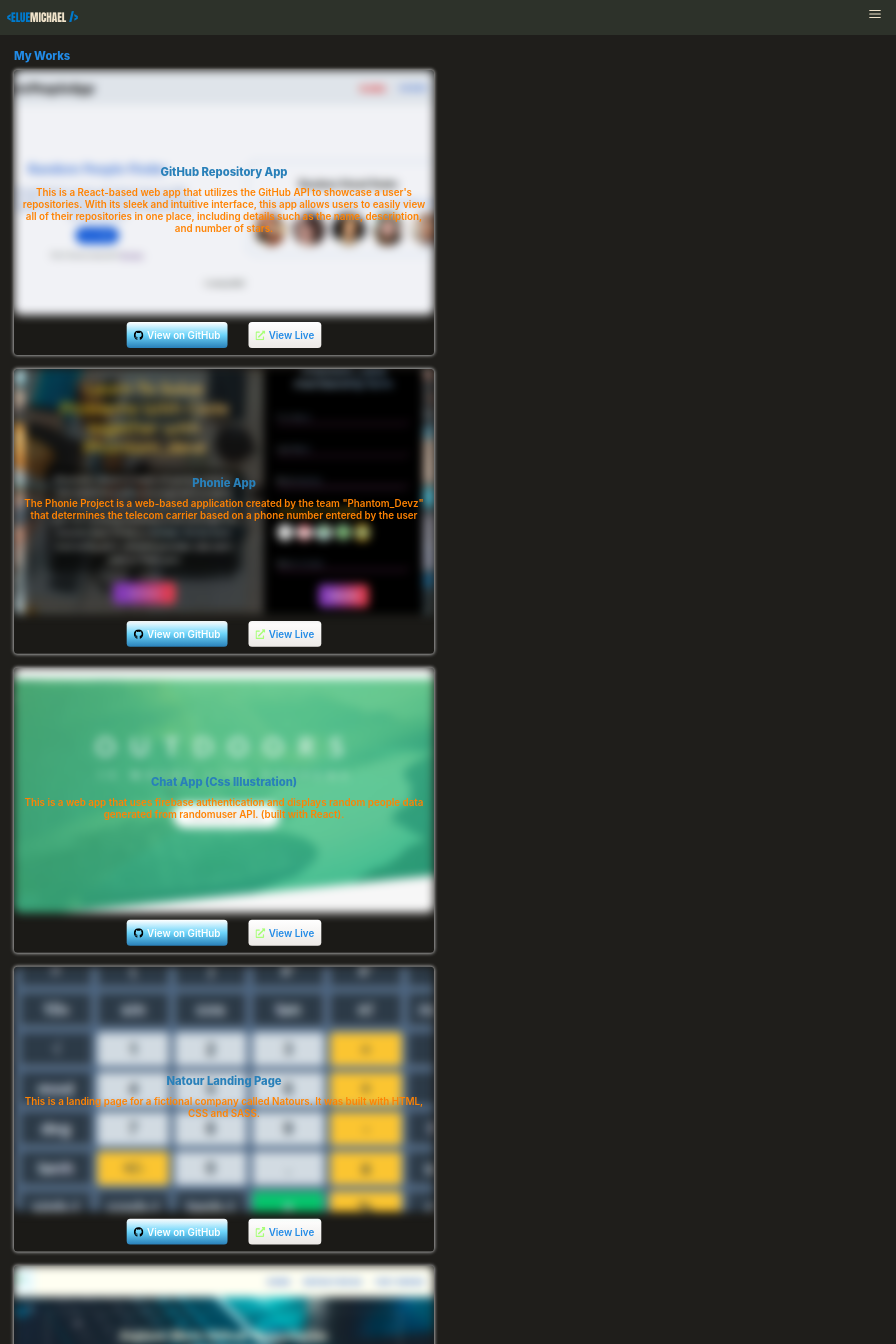
Repository: MikkyPrestige/portfolio
Page: /projects
The author's editor kept a copy of each file at every save. The page is drawn from the files as they stood at one save, then again after the next save.
The browser window is 1280 px wide. The pictures show the part of the page from y = 0 to 1920 px (the page is 5651 px tall), at 70% of full size.
The project was rebuilt for these pictures with package versions that can differ from the ones it lists, and the page was loaded fresh each time. Also part of the build but not shown: src/components/avatar.jsx, src/components/home.jsx, src/components/about.jsx, src/components/fallback.jsx.

Above is the page before, as saved 2023-02-21 19:37:03.

### public/index.html
<!DOCTYPE html>
<html lang="en">
  <head>
    <meta charset="utf-8" />
    <link rel="icon" href="%PUBLIC_URL%/favicon.ico" />
    <meta name="viewport" content="width=device-width, initial-scale=1" />
    <meta name="theme-color" content="#000000" />
    <meta
      name="description"
      content="Web site created using create-react-app"
    />
    <link rel="apple-touch-icon" href="%PUBLIC_URL%/logo192.png" />
    <!--
      manifest.json provides metadata used when your web app is installed on a
      user's mobile device or desktop. See https://developers.google.com/web/fundamentals/web-app-manifest/
    -->
    <link rel="manifest" href="%PUBLIC_URL%/manifest.json" />
    <!--
      Notice the use of %PUBLIC_URL% in the tags above.
      It will be replaced with the URL of the `public` folder during the build.
      Only files inside the `public` folder can be referenced from the HTML.

      Unlike "/favicon.ico" or "favicon.ico", "%PUBLIC_URL%/favicon.ico" will
      work correctly both with client-side routing and a non-root public URL.
      Learn how to configure a non-root public URL by running `npm run build`.
    -->
    <title>Elue Michael Portfolio</title>
  </head>
  <body>
    <noscript>You need to enable JavaScript to run this app.</noscript>
    <div id="root"></div>
    <!--
      This HTML file is a template.
      If you open it directly in the browser, you will see an empty page.

      You can add webfonts, meta tags, or analytics to this file.
      The build step will place the bundled scripts into the <body> tag.

      To begin the development, run `npm start` or `yarn start`.
      To create a production bundle, use `npm run build` or `yarn build`.
    -->
  </body>
</html>

### src/assets/styles/sass/main.scss
@import 'abstracts/variables';
@import 'base/utilities';
@import 'base/base';
@import 'layouts/header';
@import 'pages/home';
@import 'pages/about';
@import 'pages/projects';
@import 'base/animation';

// @media (prefers-reduced-motion: no-preference) {
//   .App-logo {
//     animation: App-logo-spin infinite 20s linear;
//   }
// }

// @keyframes App-logo-spin {
//   from {
//     transform: rotate(0deg);
//   }
//   to {
//     transform: rotate(360deg);
//   }
// }

### src/components/layout.jsx
import React from "react";
import { MdClose } from "react-icons/md";
import { FiMenu } from "react-icons/fi";
import { useState } from "react";
import { NavLink } from "react-router-dom";

const Layout = () => {
  return (
    <div>
      <LayoutSmall />
      <LayoutLarge />
    </div>
  );
};

const CustomNavLink = ({ to, ...props }) => {
  let activeStyle = {
    color: "var(--color--green)",
    textDecoration: "underline",
  };

  return (
    <NavLink
      to={to}
      style={({ isActive }) =>
        isActive ? activeStyle : { textDecoration: "none" }
      }
      {...props}
    />
  );
};

const LayoutSmall = () => {
  const [showMenu, setShowMenu] = useState(false);

  const toggleMenu = () => {
    setShowMenu(!showMenu);
  };

  const closeMenu = () => {
    setShowMenu(false);
  };

  return (
    <div className="layout layout--small">
      <header className="layout--header">
        <div className="layout--header__title">
          <h1 className="layout--header__title__content">
            <span className="layout--header__title__content__span">{"<"}</span>
            <span className="layout--header__title__content__span--2">
              ELUE
            </span>
            MICHAEL{" "}
            <span className="layout--header__title__content__span">{"/>"}</span>
          </h1>
        </div>
        <nav className="layout--menu">
          <button className="layout--menu__button" onClick={toggleMenu}>
            {showMenu ? <MdClose /> : <FiMenu />}
          </button>
          <div className={`layout--menu__content ${showMenu ? "show" : ""}`}>
            <ul className="layout--menu__content__list">
              <li>
                <CustomNavLink
                  to="/"
                  onClick={closeMenu}
                  className="layout--menu__content__list__item"
                >
                  <span>#</span>Home
                </CustomNavLink>
              </li>
              <li>
                <CustomNavLink
                  to="/about"
                  onClick={closeMenu}
                  className="layout--menu__content__list__item"
                >
                  <span>#</span>About me
                </CustomNavLink>
              </li>
              <li>
                <CustomNavLink
                  to="/projects"
                  onClick={closeMenu}
                  className="layout--menu__content__list__item"
                >
                  <span>#</span>Projects
                </CustomNavLink>
              </li>
              <li>
                <CustomNavLink
                  to="/contact"
                  onClick={closeMenu}
                  className="layout--menu__content__list__item"
                >
                  <span>#</span>Contact
                </CustomNavLink>
              </li>
            </ul>
          </div>
        </nav>
      </header>
    </div>
  );
};

const LayoutLarge = () => {
  return (
    <div className="layout layout--large">
      <header className="layout--header">
        <div className="layout--title">
          <h1 className="layout--title__content">
            <span className="layout--title__content__span">{"<"}</span>
            <span className="layout--header__title__content__span--2">
              ELUE
            </span>
            MICHAEL<span className="layout--title__content__span">{"/>"}</span>
          </h1>
        </div>
        <div className="layout--menu">
          <ul className="layout--menu__list">
            <li className="layout--menu__list__item">
              <CustomNavLink to="/">Home</CustomNavLink>
            </li>
            <li className="layout--menu__list__item">
              <CustomNavLink to="/about">About me</CustomNavLink>
            </li>
            <li className="layout--menu__list__item">
              <CustomNavLink to="/projects">Projects</CustomNavLink>
            </li>
            <li className="layout--menu__list__item">
              <CustomNavLink to="/contact">Contact</CustomNavLink>
            </li>
          </ul>
        </div>
      </header>
    </div>
  );
};

export { Layout, LayoutSmall, LayoutLarge };

### src/assets/styles/sass/abstracts/_variables.scss
:root {
  --color-primary: #cc4600;
  --color-secondary: #bb45cb;
  --color-tertiary: #eefff8;

  // MARK UP
  --color--markup: #FF8303;
  // TEXT
  --color--text: #F0E3CA;

  // BACKGROUND
  --color--bg: #2D322A;
  --color--bg-light: #242320;
  --color--bg-dark: #1B1A17;
  --color--bg-dark-2: #1F1E1B;
  //DARK
  --color--dark: rgba(22, 22, 22, 1);
  --color--dark-1: rgba(34, 34, 34, 1);
  --color--dark-2: rgba(45, 45, 45, 1);
  --color--dark-3: rgba(51, 51, 51, 1);
  --color--dark-4: rgba(189, 189, 189, 1);
  //WHITE
  --color--white: rgba(255, 255, 255, 1);
  --color--white-1: rgba(240, 227, 202, 1);
  --color--white-2: #ece9e6;
  --color--white-op: rgba(240, 227, 202, 0.76);

  // GRAY
  --color--gray: #ABB2BF;

  --light-blue: rgba(97, 218, 251, 1);
  --light-blue--1: #3bc9db;
  --light-blue--2: #6dd5fa;
  --dark-blue: rgba(0, 122, 204, 1);
  --dark-blue--1: #2980b9;
  --blue-cyan: #228be6;
  --dark-blue-op: rgba(6, 6, 7, 0.82);

  --color--green: rgba(131, 205, 41, 1);

  //Font size
  --font-size: 1rem;
  --font-size--small: 1.2rem;
  --font-size--medium: 1.4rem;
  --font-size--large: 1.6rem;
  --font-size--x-large: 1.8rem;
  --font-size--xx-large: 2rem;
  // ICON FONTS
  --font-size--icon: 3rem;
  --font-size--icon-1: 3.5rem;
  --font-size--icon-2: 4rem;


  //Font family
  --font-family: 'Roboto', sans-serif;
  --font--family--primary: 'Inter', sans-serif;
  --font-family--secondary: 'Inconsolata', monospace;
  --font-family--tertiary: 'Impact', sans-serif;
  --font-family--2: 'Fira Code', monospace;

  // FONT WEIGHT
  --font-weight--light: 300;
  --font-weight--regular: 400;
  --font-weight--medium: 600;
  --font-weight--bold: 800;
  --font-weight--boldest: 900;
}

### src/assets/styles/sass/base/_utilities.scss
.github-link-bg {
  background: linear-gradient(to top, var(--dark-blue--1), var(--light-blue--2), var(--color--white));
}

.live-link-bg {
  background: linear-gradient(to top, var(--color--white-2), var(--color--white));
}

.blue-markup {
  color: var(--blue-cyan) !important;
}

### src/assets/styles/sass/base/_base.scss
*,
*::after,
*::before {
  margin: 0;
  padding: 0;
  box-sizing: border-box;
}

html {
  font-size: 62.5%;
  font-family: var(--font-family);
  color: var(--color-white);
  background-color: var(--color--bg);
}

::selection {
  background-color: var(--color-primary);
  color: var(--color-white);
}

### src/assets/styles/sass/layouts/_header.scss
.layout {
  width: 100%;
  height: 5rem;

  &--header {
    display: flex;
    justify-content: space-between;
    align-items: center;
    padding: 1rem;

    &__title {
      text-align: center;

      &__content {
        color: var(--color--text);
        font-family: var(--font-family--tertiary);
        font-size: var(--font-size--large);
        font-weight: var(--font-weight--regular);
        position: absolute;
        z-index: 1000;

        &__span {
          color: var(--dark-blue);
          font-size: var(--font-size--x-large);

          &--2 {
            color: var(--dark-blue);
          }
        }
      }
    }
  }

  &--menu {
    position: relative;

    &__button {
      position: fixed;
      top: 1rem;
      right: 2rem;
      z-index: 10;
      background-color: var(--color--bg);
      color: var(--color--text);
      border: none;
      font-size: var(--font-size--xx-large);
      font-weight: var(--font-weight--bold);
      cursor: pointer;
    }

    &__content {
      position: fixed;
      top: 0;
      right: 0;
      width: 0;
      max-width: 100%;
      height: 85%;
      background-color: var(--color--bg-dark);
      z-index: 5;
      overflow: hidden;

      &.show {
        width: 100%;
        transition: all 1s ease-in-out;
        -webkit-transition: all 1s ease-in-out;
        -moz-transition: all 1s ease-in-out;
        -ms-transition: all 1s ease-in-out;
        -o-transition: all 1s ease-in-out;
      }

      &__list {
        list-style: none;
        display: flex;
        flex-direction: column;
        justify-content: center;
        align-items: center;
        gap: 5rem;
        padding: 0;
        margin-top: 8rem;

        &__item {
          color: var(--dark-blue);
          font-family: var(--font-family--secondary);
          font-size: var(--font-size--large);
          font-weight: var(--font-weight--bold);
          font-style: normal;
          text-transform: capitalize;
          cursor: pointer;
          transition: all 1s ease-in-out;
          -webkit-transition: all 1s ease-in-out;
          -moz-transition: all 1s ease-in-out;
          -ms-transition: all 1s ease-in-out;
          -o-transition: all 1s ease-in-out;

          &:hover,
          &:active {
            color: var(--color--text);
          }

          span {
            color: var(--color--white-1);
          }
        }
      }
    }
  }


  &--large {
    display: none;
  }
}

### src/assets/styles/sass/pages/home.scss
.home {
  width: 100%;
  height: 100vh;
  background: radial-gradient(100% 100% at 50% 100%, var(--color--bg-dark-2) 21.52%, var(--color--bg-dark) 100%);

  &--contents {
    display: flex;
    flex-direction: column;
    justify-content: center;
    align-items: center;
    padding: 3rem 5rem;
    gap: 3rem;
  }

  &--content {
    display: flex;
    flex-direction: column;
    align-items: flex-start;
    padding: 0;
    gap: .5rem;

    &__title {
      font-family: var(--font-family--secondary);
      font-size: var(--font-size--x-large);
      font-weight: var(--font-weight--boldest);
      color: var(--dark-blue);
    }

    &__subtitle {
      font-family: var(--font-family--secondary);
      font-size: var(--font-size--large);
      font-weight: var(--font-weight--bold);
      color: var(--color--text);
    }

    &__desc {
      font-family: var(--font-family--secondary);
      font-size: var(--font-size--small);
      font-weight: var(--font-weight--regular);
      color: var(--color--white-1);
    }
  }

  &--avatar {
    border-radius: 5%;
    -webkit-border-radius: 5%;
    -moz-border-radius: 5%;
    -ms-border-radius: 5%;
    -o-border-radius: 5%;
    background-image: radial-gradient(circle, var(--blue-cyan) 5%, var(--light-blue--1) 95%);
  }
}

### src/assets/styles/sass/pages/_about.scss
.about {
  width: 100%;
  height: 100%;
  background-color: var(--color--bg-dark-2);
  color: var(--color--gray);

  &--wrapper {
    display: flex;
    flex-direction: column;
    justify-content: center;
    align-items: center;
    gap: 1rem;
  }

  &--desc {
    padding: 5rem;
    display: flex;
    flex-direction: column;
    justify-content: center;
    align-items: center;
    gap: 5rem;
  }

  &--img {
    position: relative;

    &__content1 {
      width: 3rem;
      height: 3rem;
      position: absolute;
      top: 0;
      left: 0;
      background: var(--dark-blue);
      transform: rotate(51.88deg);
    }

    &__content2 {
      width: 3rem;
      height: 3rem;
      position: absolute;
      top: 0;
      left: 0;
      background: var(--color--white-op);
    }
  }

  &--content {
    display: flex;
    flex-direction: column;
    justify-content: center;
    align-items: flex-start;
    gap: 2rem;
    font-family: var(--font-family--2);

    &__title {
      line-height: 2;

      &__head {
        font-size: var(--font-size--x-large);
        font-weight: var(--font-weight--medium);
      }

      &__span {
        color: var(--dark-blue);
      }

      &__subhead {
        font-size: var(--font-size--medium);
        font-weight: var(--font-weight--regular);
      }
    }

    &__text {
      padding-left: 3rem;
      line-height: 1.5;
      color: var(--color--text);

      &__head {
        font-size: var(--font-size--large);
        font-weight: var(--font-weight--regular);

        &__name {
          color: var(--blue-cyan);
          font-weight: var(--font-weight--medium);
        }
      }

      &__desc {
        font-size: var(--font-size--small);
        font-weight: var(--font-weight--regular);
      }
    }
  }

  &--skills {
    display: flex;
    flex-direction: column;
    justify-content: center;
    align-items: center;
    gap: 2rem;

    &__title__head {
      font-size: var(--font__title -size--x-large);
      font-weight: var(--font-weight--medium);
      color: var(--dark-blue);
      text-transform: capitalize;
    }

    &__icon {
      font-size: var(--font-size--medium);
      color: var(--color--white-1);
    }

    &__content {
      display: flex;
      flex-direction: column;
      align-items: flex-start;
      gap: 2rem;
      padding: 0;
      width: 100%;

      &__items {
        display: grid;
        grid-template-columns: repeat(2, 1fr);
        gap: 2rem 5rem;
        width: 100%;
        padding: 1rem 3rem;
        border-radius: 1rem;
        background-color: var(--color--bg-dark);

        &__card {
          display: flex;
          flex-direction: column;
          justify-content: center;
          align-items: center;
          padding: 1rem;
          width: 10rem;
          border-radius: 1rem;
          -webkit-border-radius: 1rem;
          -moz-border-radius: 1rem;
          -ms-border-radius: 1rem;
          -o-border-radius: 1rem;

          &__icon {
            font-size: var(--font-size--icon-2);
          }

          &__text {
            font-family: var(--font-family--secondary);
            font-size: var(--font-size--medium);
            font-weight: var(--font-weight--medium);
            color: var(--color--white-1);
          }
        }
      }
    }
  }
}

### src/assets/styles/sass/pages/_projects.scss
.project {
  padding: 2rem;
  background-color: var(--color--bg-dark-2);

  &--title {
    font-family: var(--font--family--secondary);
    font-size: var(--font-size--large);
    font-weight: var(--font-weight--bold);
    color: var(--blue-cyan);
    margin-bottom: 1rem;
  }

  &--wrapper {
    display: grid;
    grid-template-columns: repeat(1, 1fr);
    gap: 2rem;
    width: 100%;
  }

  &--card {
    background-color: var(--color--bg-dark);
    // margin: auto;
    padding: 1rem;
    border-radius: 0.5rem;
    box-shadow: 0 0 0.5rem 0.1rem var(--color--dark-4);
    transition: all 0.3s ease-in-out;
    position: relative;
    display: flex;
    flex-direction: column;
    justify-content: center;
    align-items: center;
    // height: 100%;
    max-width: 60rem;
    overflow-y: hidden;

    &:hover {
      transform: translateY(-0.5rem);
      box-shadow: 0 0 0.5rem 0.1rem var(--color--dark-4);
    }

    &__blur {
      position: absolute;
      top: 0;
      left: 0;
      width: 100%;
      height: 35rem;
      border-radius: 1rem;
      background-size: cover;
      background-position: center;
      background-repeat: no-repeat;
      filter: blur(0.7rem);
      //z-index: 1;

      &-1 {
        background-image: url(../../../images/randomApp.jpeg);
      }

      &-2 {
        background-image: url(../../../images/phonieApp.jpeg);
      }

      &-3 {
        background-image: url(../../../images/natours.jpeg);
      }

      &-4 {
        background-image: url(../../../images/calculator.jpeg);
      }

      &-5 {
        background-image: url(../../../images/repoApp.jpeg);
      }

      &-6 {
        background-image: url(../../../images/fylo.jpeg);
      }

      &-7 {
        background-image: url(../../../images/orderCard.jpeg);
      }

      &-8 {
        background-image: url(../../../images/phonyApp.jpeg);
      }

      &-9 {
        background-image: url(../../../images/ratingApp.jpeg);
      }

      &-10 {
        background-image: url(../../../images/chatAppCss.jpeg);
      }

      &-11 {
        background-image: url(../../../images/trillo.jpeg);
      }

      &-12 {
        background-image: url(../../../images/statsCard.jpeg);
      }

      &-13 {
        background-image: url(../../../images/phonyApp.jpeg);
      }

      &-14 {
        background-image: url(../../../images/shoebrand.jpeg);
      }
    }

    &__content {
      height: 35rem;
      width: 100%;
      display: flex;
      flex-direction: column;
      justify-content: center;
      align-items: center;
      gap: 1rem;
      position: relative;
      top: 0;
      left: 0;

      &__title {
        font-family: var(--font--family--secondary);
        font-size: var(--font-size--large);
        font-weight: var(--font-weight--bold);
        color: var(--dark-blue--1);
      }

      &__desc {
        font-family: var(--font--family--secondary);
        font-size: var(--font-size--medium);
        font-weight: var(--font-weight--medium);
        color: var(--color--markup);
        text-align: center;
      }
    }

    &__links {
      display: flex;
      align-items: center;
      gap: 3rem;

      &__link {
        text-decoration: none;
        padding: 1rem;
        border-radius: 0.5rem;
        font-family: var(--font--family--secondary);
        font-size: var(--font-size--medium);
        font-weight: var(--font-weight--medium);
        color: var(--color--white);
        transition: all 0.3s ease-in-out;
        display: inline-flex;
        align-items: center;
        gap: .5rem;

        &:hover,
        &:focus {
          outline: none;
          animation: Heartbeat 1s infinite;
          -webkit-animation: Heartbeat 1s infinite;
}
      }
    }
  }
}

### src/assets/styles/sass/base/_animation.scss
//  INFINITE HEARTBEAT PAUSE ANIMATION

@keyframes Heartbeat {
  0% {
    transform: scale(1);
    -webkit-transform: scale(1);
    -moz-transform: scale(1);
    -ms-transform: scale(1);
    -o-transform: scale(1);
  }

  50% {
    transform: scale(1.05);
    -webkit-transform: scale(1.05);
    -moz-transform: scale(1.05);
    -ms-transform: scale(1.05);
    -o-transform: scale(1.05);
  }

  100% {
    transform: scale(1);
    -webkit-transform: scale(1);
    -moz-transform: scale(1);
    -ms-transform: scale(1);
    -o-transform: scale(1);
  }
}

Loaded but not shown: src/index.css (common file); src/reportWebVitals.js (common file); src/index.js (21 lines, source omitted); src/App.js (22 lines, source omitted); src/components/projects.jsx (437 lines, source omitted)

After the next save:
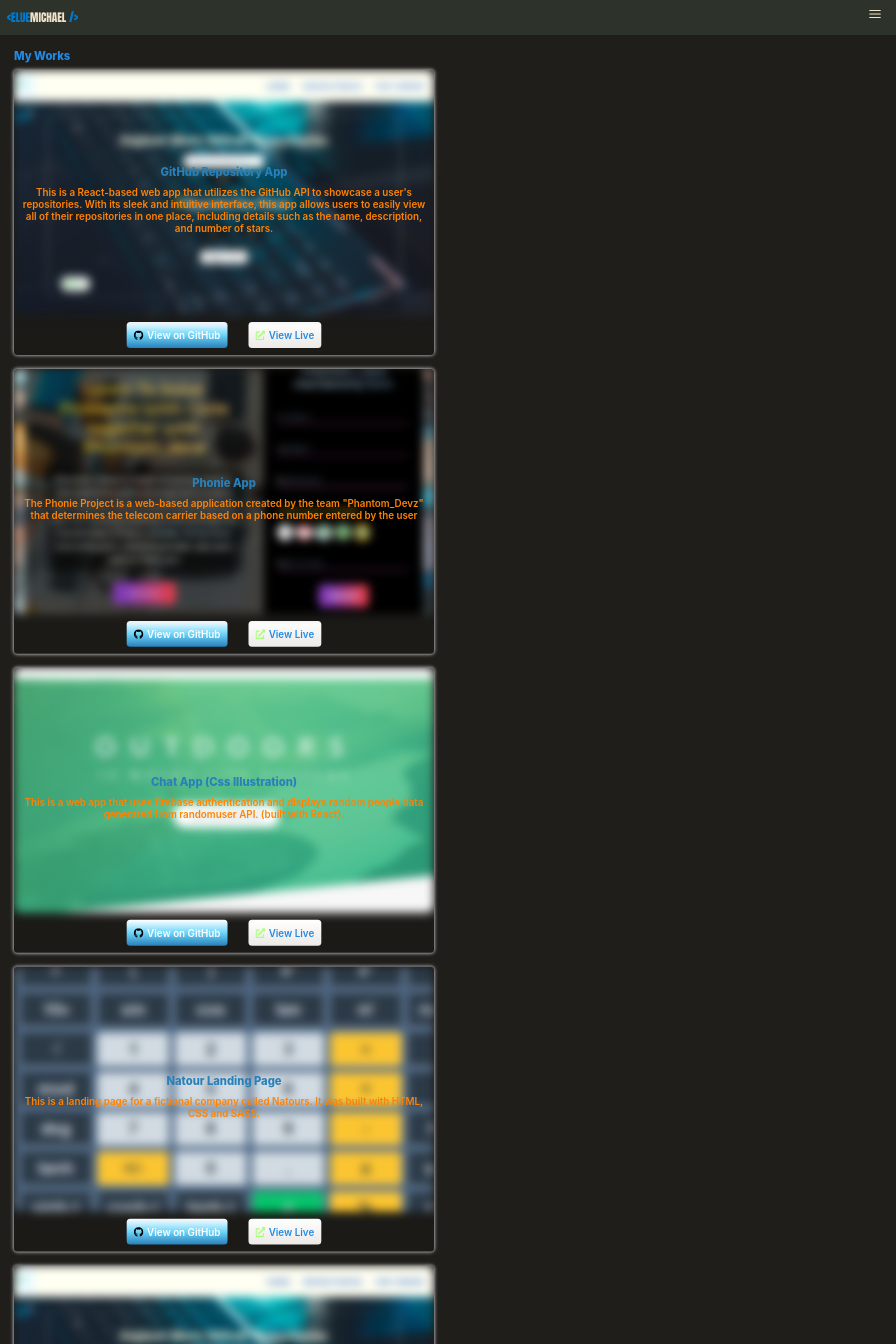
Saved 39 s later.
--- a/src/assets/styles/sass/pages/_projects.scss
+++ b/src/assets/styles/sass/pages/_projects.scss
@@ -52,7 +52,7 @@
       //z-index: 1;
 
       &-1 {
-        background-image: url(../../../images/randomApp.jpeg);
+        background-image: url(../../../images/repoApp.jpeg);
       }
 
       &-2 {
